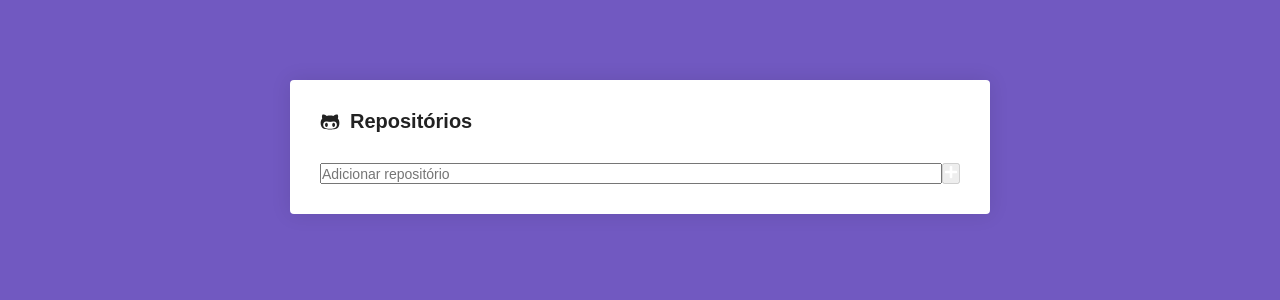
Repository: renanalves/github-repository
Page: /
These files come from the project's save history. The page is drawn as it stood at one moment and after the next save; the edit follows.
The browser window is 1280 px wide. The pictures show the whole page.
The project was rebuilt for these pictures with package versions that can differ from the ones it lists, and the page was loaded fresh each time. Also part of the build but not shown: src/pages/Repository/index.js.

Above is the page before, as saved 2020-03-13 11:09:17.

### src/routes.js
import React from 'react';
import { BrowserRouter, Switch, Route } from 'react-router-dom';

import Main from './pages/Main';
import Repository from './pages/Repository';

export default function Routes() {
  return (
    <BrowserRouter>
      <Switch>
        <Route exact path="/" component={Main} />
        <Route path="/repository" component={Repository} />
      </Switch>
    </BrowserRouter>
  );
}

### src/pages/Main/index.js
import React from 'react';

import { FaGithubAlt, FaPlus } from 'react-icons/fa';

import { Container, Form, SubmitButton } from './styles';

export default function Main() {
  return (
    <Container>
      <h1>
        <FaGithubAlt />
        Repositórios
      </h1>
      <Form onSubmit={() => { }}>
        <input type="text" placeholder="Adicionar repositório" />

        <SubmitButton disabled>
          <FaPlus color="#fff" size={14} />
        </SubmitButton>
      </Form>
    </Container>
  );
}

### src/pages/Main/styles.js
import styled from 'styled-components';

export const Container = styled.div`
  max-width: 700px;
  background: #fff;
  border-radius: 4px;
  box-shadow: 0 0 20px rgba(0, 0, 0, 0.1);
  padding: 30px;
  margin: 80px auto;

  h1 {
    font-size: 20px;
    display: flex;
    flex-direction: row;
    align-items: center;

    svg {
      margin-right: 10px;
    }
  }
`;

export const Form = styled.form`
  margin-top: 30px;
  display: flex;
  flex-direction: row;

  input {
    flex: 1;
  }
`;

export const SubmitButton = styled.button``;

Loaded but not shown: public/index.html (common file); src/index.js (common file); src/App.js (common file); src/styles/global.js (common file)

After the next save:
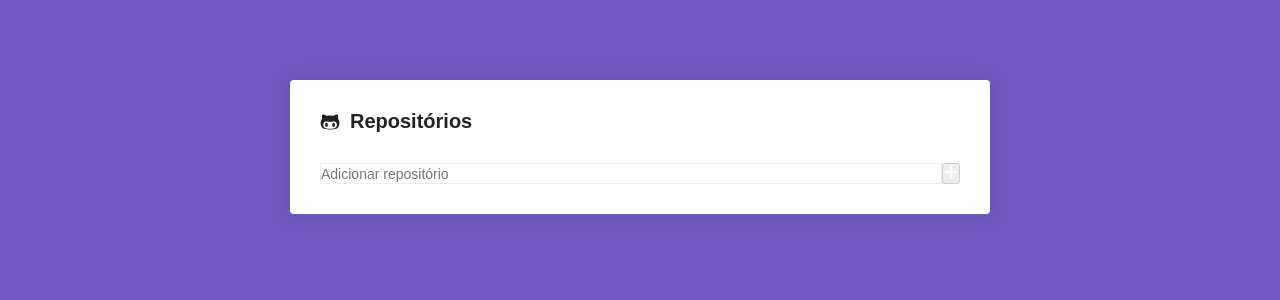
Saved 18 s later.
--- a/src/pages/Main/styles.js
+++ b/src/pages/Main/styles.js
@@ -27,6 +27,7 @@ export const Form = styled.form`
 
   input {
     flex: 1;
+    border: 1px solid #eee;
   }
 `;
 
